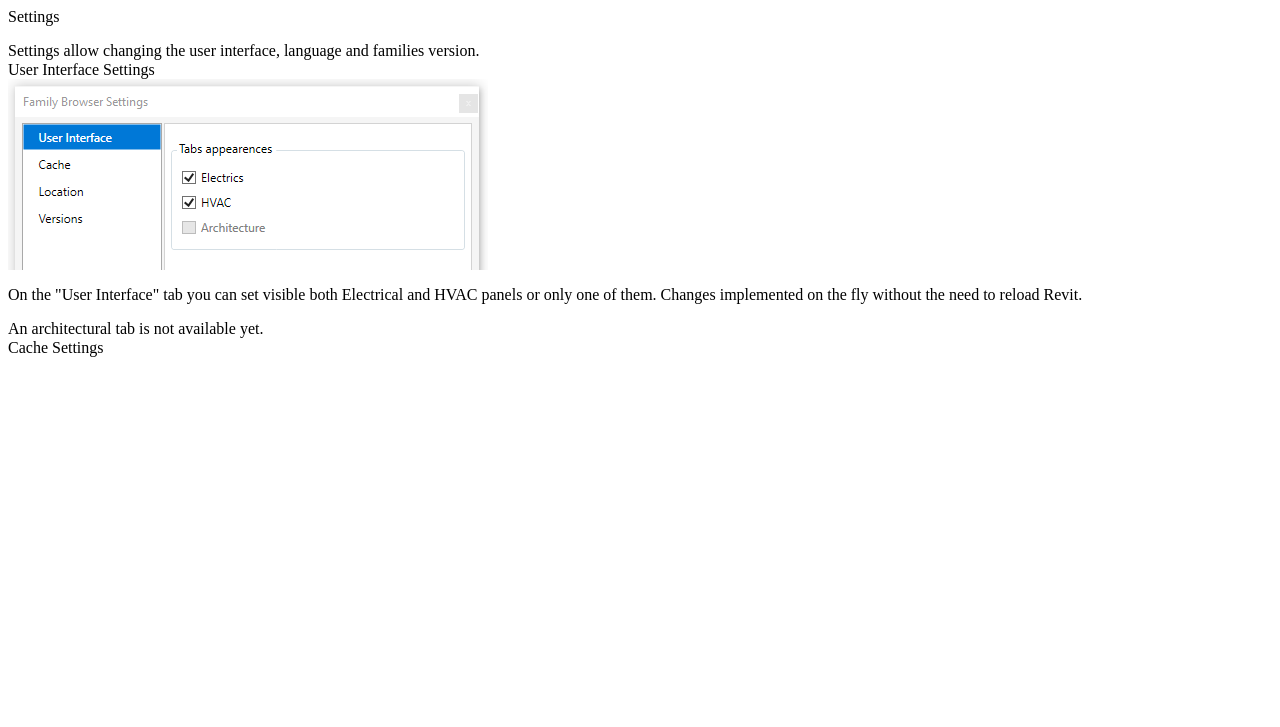
Repository: RomanLavrov/FamilyBrowserUserGuide
Page: http://localhost/FamilyBrowser/application/views/en/settings_view.php
These files come from the project's save history. The page is drawn as it stood at one moment and after the next save; the edit follows.
The browser window is 1280 px wide. The pictures show the whole page.
The page is run by PHP 8.4 with error messages shown; the project is at /var/www/html/.

Above is the page before, as saved 2019-10-23 15:40:06.

After the next save:
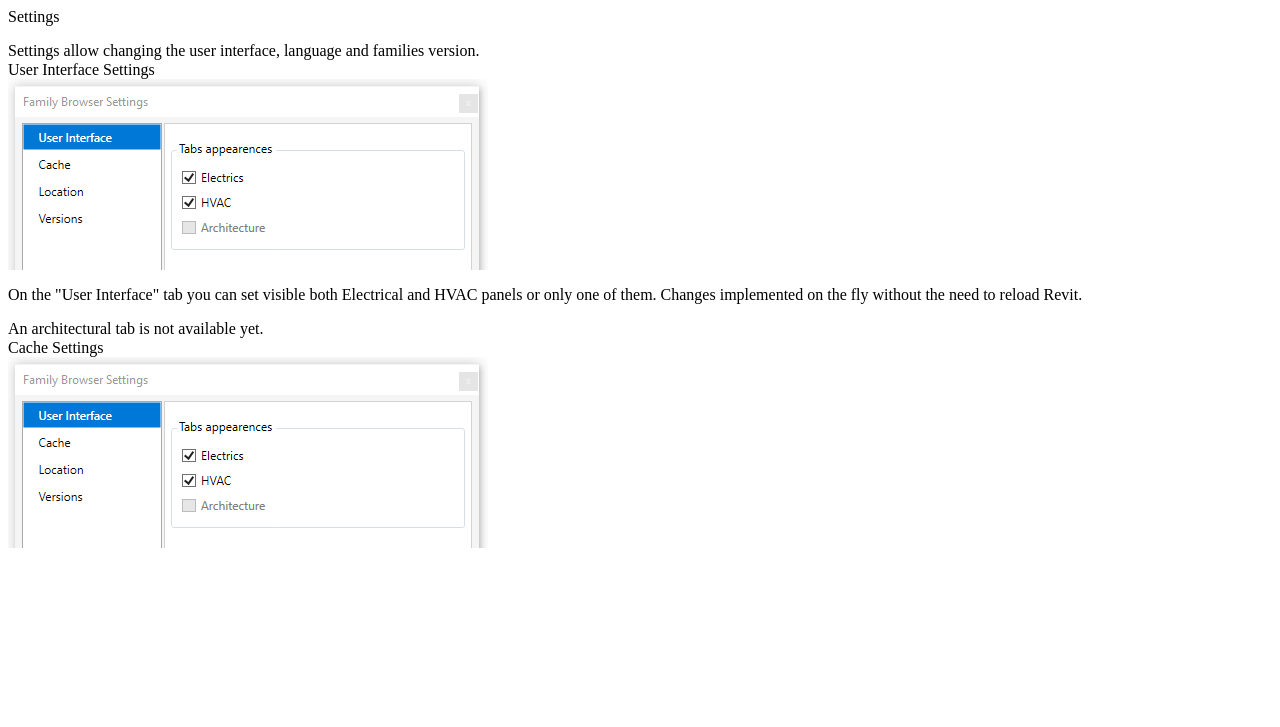
Saved 5 s later.
--- a/FamilyBrowser/application/views/en/settings_view.php
+++ b/FamilyBrowser/application/views/en/settings_view.php
@@ -24,6 +24,7 @@
 <div class="article-content" style="margin-bottom:-15px;">
       <div class="row">
             <div class="col-md-5" style="min-width:480px">
+            <img style="margin-left:0" class="illustration" src="/FamilyBrowser/images/Tab_Settings_en.png" alt="" />
             </div>
             <div class="col-md-5">
             </div>
